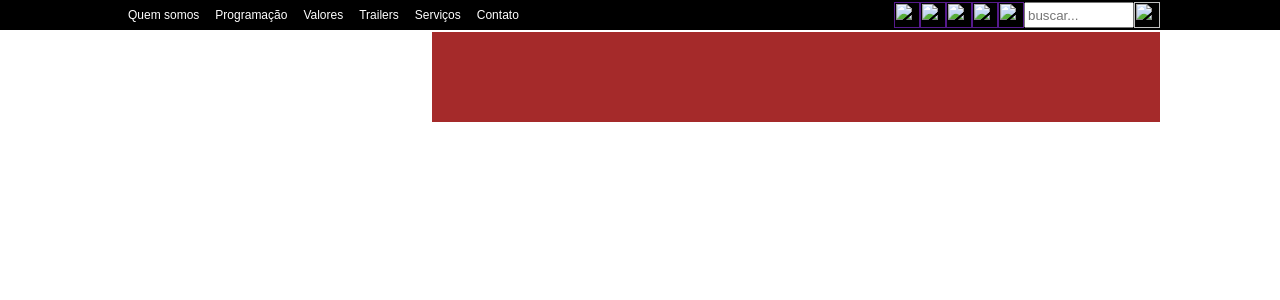
Repository: brnatajose/cineveneza
Page: index.html
These files come from the project's save history. The page is drawn as it stood at one moment and after the next save; the edit follows.
The browser window is 1280 px wide. The pictures show the whole page.

Above is the page before, as saved 2021-08-28 13:29:45.

### index.html
<html>
<head>
    <meta charset='utf-8'>
    <meta http-equiv='X-UA-Compatible' content='IE=edge'>
    <title>Cine Veneza - A mais de 35 anos levando cultura a Porto Velho</title>
    <meta name='viewport' content='width=device-width, initial-scale=1'>
    <link rel='stylesheet' type='text/css' media='screen' href='main.css'>
    <script src='main.js'></script>
</head>
<body>
    <div class="topo">
        <div class="topoint">
            <div class="topoleft">
                <ul>
                    <li><a href="">Quem somos</a></li>
                    <li><a href="">Programação</a></li>
                    <li><a href="">Valores</a></li>
                    <li><a href="">Trailers</a></li>
                    <li><a href="">Serviços</a></li>
                    <li><a href="">Contato</a></li>
                </ul>
            </div>
            <div class="toporight">
                <input type="image" border="0" width="26" height="26"/>
                <input type="text" name="busca" class="topobusca" placeholder="buscar..."/>
                <a href=""><img src="" border="0" width="26" height="26"> </a>
                <a href=""><img src="" border="0" width="26" height="26"> </a>
                <a href=""><img src="" border="0" width="26" height="26"> </a>
                <a href=""><img src="" border="0" width="26" height="26"> </a>
                <a href=""><img src="" border="0" width="26" height="26"> </a>
            </div>
        </div>
    </div>
    <div class="topo2">
        <div class="topoint2">
            <div class="logo">
<img src="">
            </div>
            <div class="banner">

            </div>
        </div>
    </div>
</body>
</html>

### main.css
body {
    margin: 0;
    font-family: Arial, Helvetica, sans-serif;
    font-size: 12px;
}

.topo {
    height: 30px;
    background-color: black;
    color: white;
}

.topoint {
    width: 100%;
    max-width: 1040px;
    height: 30px;
    margin: auto;
}

.topoleft {
    width: 50%;
    height: 30px;
    float: left;
}

.toporight {
    width: 50%;
    height: 28px;
    float: right;
}

.topoleft ul {
    margin: 0;
    padding: 0;
    list-style: none;
}

.topoleft li {
    float: left;
    height: 30px;
    line-height: 30px;
    margin-left: 8px;
    margin-right: 8px;
}

.topoleft li a {
    text-decoration: none;
    color: white;
}

.toporight {
    line-height: 30px;
    margin-top: 2px;
}

.topobusca {
    width: 110px;
    height: 26px;
    outline: 0;
}

.toporight a {
    float: right;

}

.toporight input {
    float: right;
}

.topo2 {
    height: 95px;

}

.topoint2 {
    width: 100%;
    max-width: 1040px;
    height: 95px;
    margin: auto;
    background-color: white;
}

.logo {
    width: 230px;
    height: 95px;
    float: left;
}

.topo2 .banner {
    width: 728px;
    height: 90px;
    float: right;
    margin-top: 2px;
    background-color: brown;
}

Loaded but not shown: main.js (no stored copy; drawn as an empty file)

After the next save:
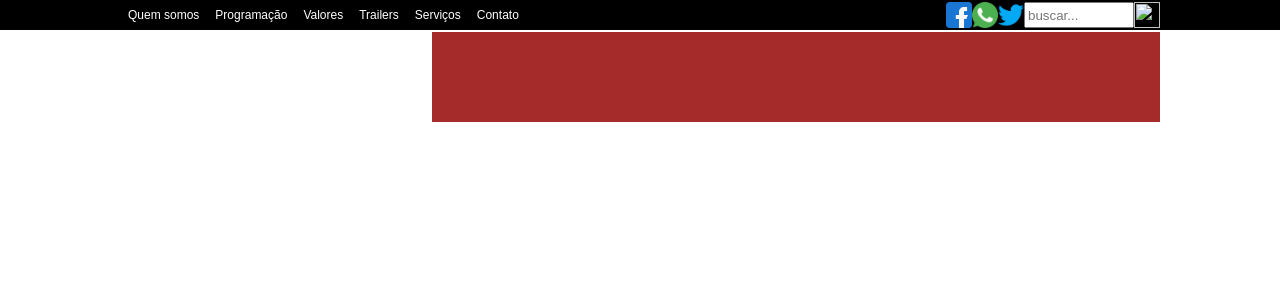
Saved 3 min 49 s later.
--- a/index.html
+++ b/index.html
@@ -23,11 +23,9 @@
             <div class="toporight">
                 <input type="image" border="0" width="26" height="26"/>
                 <input type="text" name="busca" class="topobusca" placeholder="buscar..."/>
-                <a href=""><img src="" border="0" width="26" height="26"> </a>
-                <a href=""><img src="" border="0" width="26" height="26"> </a>
-                <a href=""><img src="" border="0" width="26" height="26"> </a>
-                <a href=""><img src="" border="0" width="26" height="26"> </a>
-                <a href=""><img src="" border="0" width="26" height="26"> </a>
+                <a href=""><img src="Assests/img/twitter.png" border="0" width="26" height="26"> </a>
+                <a href=""><img src="Assests/img/whatsapp.png" border="0" width="26" height="26"> </a>
+                <a href=""><img src="Assests/img/facebook.png" border="0" width="26" height="26"> </a>
             </div>
         </div>
     </div>
